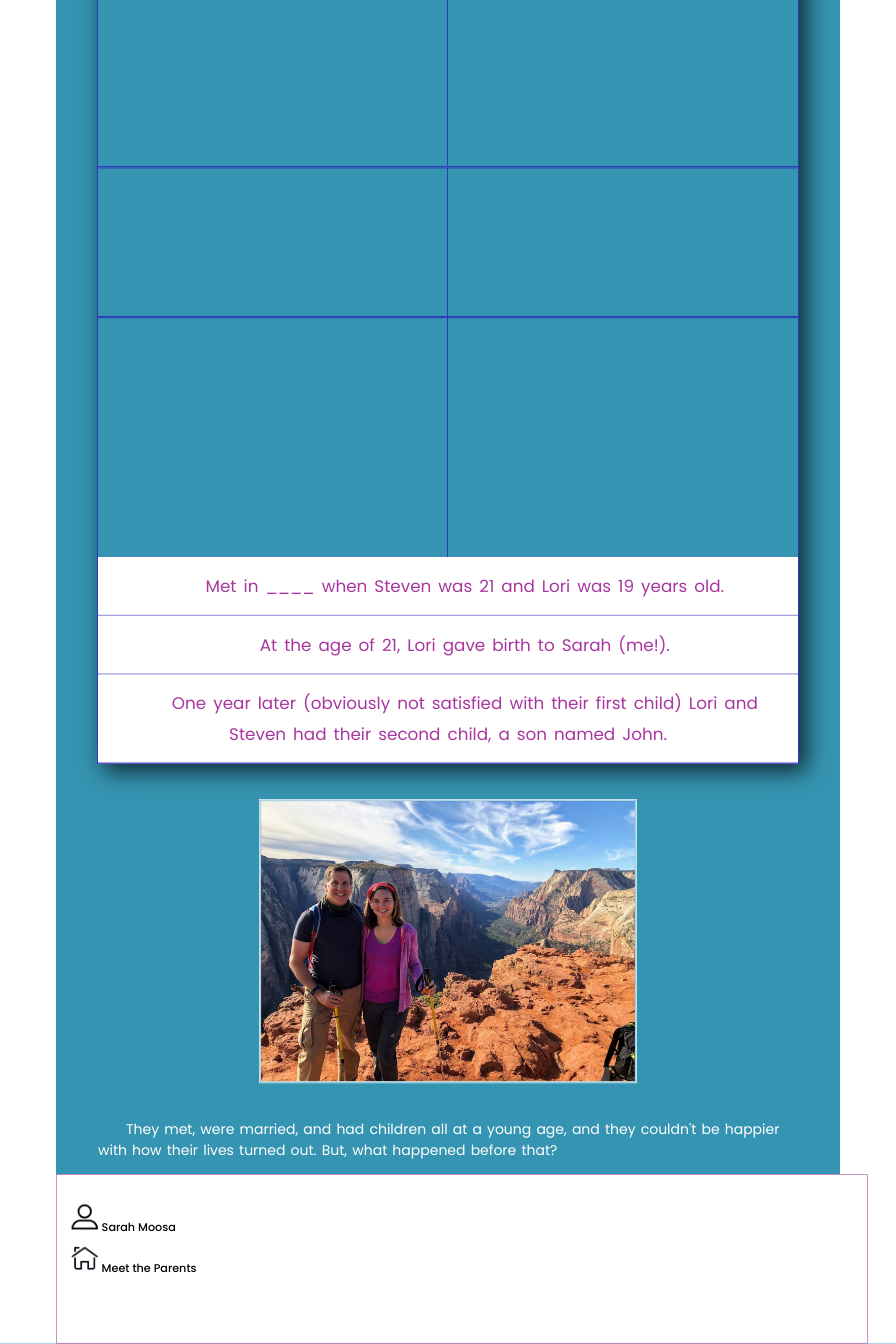
Repository: Sbethm/parents-tribute
Page: timeline.html
The author's editor kept a copy of each file at every save. The page is drawn from the files as they stood at one save, then again after the next save.
The browser window is 1280 px wide. The pictures show the part of the page from y = 1628 to 3548 px (the page is 3548 px tall before and 3452 px after), at 70% of full size.

Above is the page before, as saved 2021-02-24 13:17:17.

### timeline.html
<!DOCTYPE html>
<html>
    <head>
      <meta charset="UTF-8">
      <title>Before They Met</title>
      <meta name="description" content="A choose your own story adventure game">
      <meta name="viewport" content="width=device-width, initial-scale=1.0">
      <link rel="preconnect" href="https://fonts.gstatic.com">
      <link href="https://fonts.googleapis.com/css2?family=Poppins:ital,wght@0,400;0,500;0,600;0,700;0,800;0,900;1,400;1,500;1,600;1,700;1,800;1,900&family=Sora:wght@400;500;600;700;800&display=swap" rel="stylesheet"> <!--
        This is used for headings:
        font-family: 'Sora', sans-serif;
        This is used for content:
        font-family: 'Poppins', sans-serif;-->
      <link href="style.css" type="text/css" rel="stylesheet">
    </head>

    <body>
      <header>
        <h1>Meet the Parents</h1>
        <nav class="navigation">
          <a href="timeline.html">Before They Met</a>
          <a class= "a--border" href="index.html">Meet the Parents</a>
          <a href="lesson.html">The Lesson</a>
          </nav>
      </header>
      <main>
        <h2>Before They Met</h2>
        <p class="p--first">My parents were married at a young age. So, many of the stories they share are about their lives together.</p>
        <p class="p--last">They met, were married, and had children all at a young age, and they couldn't be happier with how their lives turned out. But, what happened before that?</p>
        <div class="grid--timeline">
            <div class="grid__box--timeline dad">Steven</div>
            <div class="grid__box--timeline mom">Lori</div>
            <!---------Dad's Grid Boxes---------->
            <div class="grid__box--timeline f-1">Born in 1969. The same year that man  first stepped on the moon.</div>
            <div class="grid__box--timeline f-2">Steven attended a small Catholic school.</div>
            <div class="grid__box--timeline f-3">During recess in the 4th grade, he gashed his elbow while playing a rough-and-tumble game of football. This resulted in four stitches (for a nine year old that’s a lot of stitches!)</div>
            <div class="grid__box--timeline f-4">When he was thirteen, he camped in the backyard and stayed up all night.</div>
            <div class="grid__box--timeline f-5">He ran his first high school track meet, the 100 yard dash, and won third place. For the first track meet, that's not too shabby!</div>
            <div class="grid__box--timeline f-6">He was in a car accident, "not his fault", which lead to more stitches but this time in his forehead. Because of this, he had to sit out his senior year homecoming football game.</div>
            <div class="grid__box--timeline f-7">Having the lead role as Jesus during my high school senior year. It was the first annual Easter Passion play the school performed.</div>
            <div class="grid__box--timeline f-8">I remember a dream I had where I met a beautiful girl, at a homecoming dance, who I eventually married and we had two terrific kids who eventually married and gave me two more kids to enjoy time with.</div>
            <!---------Dad's Grid Box Covers----->
            <div class="cover__left f-1__cover">1969</div>
            <div class="cover__left  f-2__cover">School</div>
            <div class="cover__left  f-3__cover"></div>
            <div class="cover__left  f-4__cover"></div>
            <div class="cover__left  f-5__cover"></div>
            <div class="cover__left  f-6__cover"></div>
            <div class="cover__left  f-7__cover"></div>
            <div class="cover__left  f-8__cover"></div>
            <!---------Mom's Grid Boxes---------->
            <div class="grid__box--timeline m-1">Born in 1970. What happened this year? Oh, yeah! Mom was born!</div>
            <div class="grid__box--timeline m-2">Lori attended a slightly larger public school.</div>
            <div class="grid__box--timeline m-3">She cut off one of her pigtails in the bathroom. Perhaps to see if she had the makings of a hairstylist? Let's just say, this career path ended here.</div>
            <div class="grid__box--timeline m-4">She had skied half of a bunny slope when she realized this daredevil sport wasn't for her.</div>
            <div class="grid__box--timeline m-5">She performed the lead role in a junior high school play.</div>
            <div class="grid__box--timeline m-6">After a white knuckled horse ride in the Appalachians, she discovered that she was not meant to lead a life of adventure</div>
            <div class="grid__box--timeline m-7">made camps with her cousins in the Ritchie woods.</div>
            <div class="grid__box--timeline m-8">made camps with her cousins in the Ritchie woods.</div>
            <!---------Mom's Grid Box Covers----->
            <div class="cover__right m-1__cover"></div>
            <div class="cover__right m-2__cover"></div>
            <div class="cover__right m-3__cover"></div>
            <div class="cover__right m-4__cover"></div>
            <div class="cover__right m-5__cover"></div>
            <div class="cover__right m-6__cover"></div>
            <div class="cover__right m-7__cover"></div>
            <div class="cover__right m-8__cover"></div>
            <!--------After They Met Boxes------->
            <div class="grid__box--timeline fm-1">Met in ____ when Steven was 21 and Lori was 19 years old.</div>
            <div class="grid__box--timeline fm-2">At the age of 21, Lori gave birth to Sarah (me!).</div>
            <div class="grid__box--timeline fm-3">One year later (obviously not satisfied with their first child) Lori and Steven had their second child, a son named John.</div>
        </div>
        <section>
          <img class="img-hiking"src="img/hiking.jpg" alt="Mom and dad enjoying a hike.">
          <p class="p--last">They met, were married, and had children all at a young age, and they couldn't be happier with how their lives turned out. But, what happened before that?</p>
        </section>
      </main>
      <footer>
        <img class="icon" src="img/profile_icon.png" alt="profile icon">
        Sarah Moosa
        <br><br>
        <img class="icon" src="img/home_icon.png" alt="home icon">
        Meet the Parents
      </footer>
    </body>

</html>

### style.css
/*
html5doctor.com Reset Stylesheet
v1.6.1
Last Updated: 2010-09-17
Author: Richard Clark - http://richclarkdesign.com
Twitter: @rich_clark
*/

html, body, div, span, object, iframe,
h1, h2, h3, h4, h5, h6, p, blockquote, pre,
abbr, address, cite, code,
del, dfn, em, img, ins, kbd, q, samp,
small, strong, sub, sup, var,
b, i,
dl, dt, dd, ol, ul, li,
fieldset, form, label, legend,
table, caption, tbody, tfoot, thead, tr, th, td,
article, aside, canvas, details, figcaption, figure,
footer, header, hgroup, menu, nav, section, summary,
time, mark, audio, video {
    margin:0;
    padding:0;
    border:0;
    outline:0;
    font-size:100%;
    vertical-align:baseline;
    background:transparent;
}

body {
    line-height:1;
}

article,aside,details,figcaption,figure,
footer,header,hgroup,menu,nav,section {
    display:block;
}

nav ul {
    list-style:none;
}

blockquote, q {
    quotes:none;
}

blockquote:before, blockquote:after,
q:before, q:after {
    content:'';
    content:none;
}

a {
    margin:0;
    padding:0;
    font-size:100%;
    vertical-align:baseline;
    background:transparent;
}

/* change colours to suit your needs */
ins {
    background-color:#ff9;
    color:#000;
    text-decoration:none;
}

/* change colours to suit your needs */
mark {
    background-color:#ff9;
    color:#000;
    font-style:italic;
    font-weight:bold;
}

del {
    text-decoration: line-through;
}

abbr[title], dfn[title] {
    border-bottom:1px dotted;
    cursor:help;
}

table {
    border-collapse:collapse;
    border-spacing:0;
}

/* change border colour to suit your needs */
hr {
    display:block;
    height:1px;
    border:0;
    border-top:1px solid #cccccc;
    margin:1em 0;
    padding:0;
}

input, select {
    vertical-align:middle;
}

/* MY CODE BELOW */

body {
    width: 100vw;
    position: absolute;
}

main {
    width: calc(100vw - 40px);
    height: 100%;
    margin: 20px 20px;
    background-color: rgb(53, 148, 177);
}

header {
    width: 100vw;
    padding-top: 40px;
    background-color: rgb(255, 255, 255);
    display: flex;
    flex-direction: column;
    justify-content: center;
}

h1 {
    width: 100%;
    font-family: 'Sora', sans-serif;
    color: rgb(53, 148, 177);
    font-size: 3em;
    font-weight: 700;
    text-align: center;
    padding-bottom: 30px;
}

.navigation {
    max-width: 100vw;
    background-color: rgb(126, 66, 121);
    text-align: center;
    display: grid;
    grid-template-columns: repeat(3, 1fr);
    grid-template-areas:
      " time meet lesson";
}

.time {
    grid-area: time;
}

.meet {
    grid-area: meet;
}

.lesson {
    grid-area: lesson;
}

a {
    padding: 20px 7px;
    background-color: rgb(168, 54, 159);
    font-family: 'Poppins', sans-serif;
    font-size: 1em;
    font-weight: 400;
    color: rgb(255, 255, 255);
    text-decoration: none;
}

.a--border {
    border-left: solid 2px rgb(182, 97, 173);
    border-right: solid 2px rgb(182, 97, 173);
}

a:hover {
    background-color: rgb(97, 49, 92);
}

section {
    width: 100%;
}

h2 {
    max-width: 100%;
    padding: 20px 20px 10px 20px;
    font-family: 'Sora', sans-serif;
    font-size: 1.5em;
    font-weight: 600;
    text-align: center;
    color: rgb(255, 255, 255);
}


.img-sitting,
.img-hiking,
.disney-adventure__img {
    max-width: 100%;
    height: auto;
    justify-content: center;
    align-content: center;
}

.p--first,
.p--inner,
.p--last {
    font-family: 'Poppins', sans-serif;
    font-size: 1em;
    text-indent: 2em;
    line-height: 1.5em;
    word-spacing: 0.1em;
    color: rgb(255, 255, 255);
}

.p--first {
    padding: 10px 20px 0px 20px;
}

.p--inner {
    padding: 0px 20px 0px 20px;
}

.p--last {
    padding: 0px 20px 10px 20px;
}

footer {
    width: calc(100vw - 42px);
    height: 100px;
    padding: 40px 20px 0 20px;
    position: relative;
    bottom: 0;
    font-family: 'Poppins', sans-serif;
    font-size: 1em;
    font-weight: 500;
    border: solid 1px rgb(182, 97, 173);
}

.icon {
    width: 20px;
    height: auto;
}
/*MEET THE PARENTS CODE PHONE*/

.img-sitting {
    margin: 10px 0;
}

/*TIMELINE CODE PHONE*/

.grid--timeline {
    display: grid;
    margin: 10px 0;
    border: solid 1px rgb(40, 23, 187);
    grid-template-columns: 1fr 1fr;
    grid-template-rows: repeat(13, fit-content);
    grid-template-areas:
        "tl tl"
        "dad mom"
        "f-1 m-1"
        "f-2 m-2"
        "f-3 m-3"
        "f-4 m-4"
        "f-5 m-5"
        "f-6 m-6"
        "f-7 m-7"
        "f-8 m-8"
        "fm-1 fm-1"
        "fm-2 fm-2"
        "fm-3 fm-3";
}

.grid__box--timeline {
    background-color: rgb(255, 255, 255);
    padding: 10px 7px;
    color: rgb(168, 54, 159);
    text-align: center;
    font-family: 'Poppins', sans-serif;
    font-weight: 500;
    font-size: 1em;
}

.dad {
    grid-area: dad;
    border-top: solid 1px rgb(40, 23, 187);
    border-bottom: solid 1px rgb(40, 23, 187);
    border-right: solid 1px rgb(40, 23, 187);
}

.mom {
    grid-area: mom;
    border-top: solid 1px rgb(40, 23, 187);
    border-bottom: solid 1px rgb(40, 23, 187);
}

.f-1 {
    grid-area: f-1;
    border-bottom: solid 1px rgb(40, 23, 187);
    border-right: solid 1px rgb(40, 23, 187);
}

.f-2 {
    grid-area: f-2;
    border-bottom: solid 1px rgb(40, 23, 187);
    border-right: solid 1px rgb(40, 23, 187);
}

.f-3 {
    grid-area: f-3;
    border-bottom: solid 1px rgb(40, 23, 187);
    border-right: solid 1px rgb(40, 23, 187);
}

.f-4 {
    grid-area: f-4;
    border-bottom: solid 1px rgb(40, 23, 187);
    border-right: solid 1px rgb(40, 23, 187);
}

.f-5 {
    grid-area: f-5;
    border-bottom: solid 1px rgb(40, 23, 187);
    border-right: solid 1px rgb(40, 23, 187);
}

.f-6 {
    grid-area: f-6;
    border-bottom: solid 1px rgb(40, 23, 187);
    border-right: solid 1px rgb(40, 23, 187);
}

.f-7 {
    grid-area: f-7;
    border-bottom: solid 1px rgb(40, 23, 187);
    border-right: solid 1px rgb(40, 23, 187);
}

.f-8 {
    grid-area: f-8;
    border-bottom: solid 1px rgb(40, 23, 187);
    border-right: solid 1px rgb(40, 23, 187);
}

.cover {
    display: none;
}

.cover:hover {
    color: rgb(245, 245, 245, 0);
    background-color: rgb(65, 175, 209, 0);
    animation-name: fade;
    animation-duration: 1s;
}

.m-1 {
    grid-area: m-1;
    border-bottom: solid 1px rgb(40, 23, 187);
}

.m-2 {
    grid-area: m-2;
    border-bottom: solid 1px rgb(40, 23, 187);
}

.m-3 {
    grid-area: m-3;
    border-bottom: solid 1px rgb(40, 23, 187);
}

.m-4 {
    grid-area: m-4;
    border-bottom: solid 1px rgb(40, 23, 187);
}

.m-5 {
    grid-area: m-5;
    border-bottom: solid 1px rgb(40, 23, 187);
}

.m-6 {
    grid-area: m-6;
    border-bottom: solid 1px rgb(40, 23, 187);
}

.m-7 {
    grid-area: m-7;
    border-bottom: solid 1px rgb(40, 23, 187);
}

.m-8 {
    grid-area: m-8;
    border-bottom: solid 1px rgb(40, 23, 187);
}

.fm-1 {
    grid-area: fm-1;
    border-bottom: solid 1px rgb(40, 23, 187);
}

.fm-2 {
    grid-area: fm-2;
    border-bottom: solid 1px rgb(40, 23, 187);
}

.fm-3 {
    grid-area: fm-3;
    border-bottom: solid 1px rgb(40, 23, 187);
}

.img-hiking {
    margin-bottom: 10px;
}

/*LESSON LEARNED CODE PHONE*/

.disney-adventure__img {
    margin: 20px 0;
}


/*iPAD*/ @media screen and (min-width: 700px) and (max-width: 899px) {

    header {
        padding-top: 60px;
    }

    h1 {
        font-size: 3.5em;
        padding-bottom: 50px;
    }

    main {
        padding: 20px 0;
        margin: 0 20px;
        width: calc(100vw - 40px);
        background-color: rgb(53, 148, 177);
        border-top: none;
    }

    a {
        padding: 20px 40px;
        font-size: 1.5em;
    }

    .a--border {
        padding: 20px 60px;
    }

    h2 {
        font-size: 2.5em;

    }

    .p--first,
    .p--inner,
    .p--last {
        font-size: 1.5em;
        text-indent: 2em;
        line-height: 1.6em;
        word-spacing: 0.15em;
    }

    .p--first {
        padding: 20px 40px 0px 40px;
    }

    .p--inner {
        padding: 0px 40px 0px 40px;
    }

    .p--last {
        padding: 0px 40px 20px 40px;
    }

    section {
        background-color: rgb(40, 23, 187, 0);
        border: none;
    }

    .grid--section {
        max-width: calc(100vw - 40px);
        display: grid;
        grid-template-columns: 50% 50%;
        grid-template-rows: 100px 200px 200px;
        grid-template-areas:
            "title title"
            "picture p1"
            "picture p2";
    }

    section h2 {
        grid-area: title;
        align-self: center;
        justify-self: center;
    }

    .img-sitting {
        max-height: 360px;
        margin-bottom: 20px;
        border: solid 1px rgb(40, 23, 187);
        border-left: none;
        grid-area: picture;
        justify-self: center;
        align-self: center;
    }

    .p1 {
        align-self: flex-start;
        grid-area: p1;
        padding-left: 40px;
        padding-right: 20px;
    }

    .p2 {
        align-self: flex-end;
        grid-area: p2;
        padding: 0 20px 30px 40px;
    }

    footer {
        width: calc(100vw - 42px);
        height: 200px;
        font-size: 1em;
        font-weight: 500;
    }

    .icon {
        width: 40px;
        height: auto;
    }

/*TIMELINE CODE iPAD*/

    .grid__box--timeline{
        padding: 20px;
        font-size: 1.5em;
        line-height: 35px;
    }

    .title {
        font-size: 2.5em;
        color: rgb(255, 255, 255);
        background-color: rgb(53, 148, 177);
    }

    .dad,
    .mom {
        font-size: 2em;
    }

    .img-hiking {
        border: solid 1px rgb(40, 23, 187);
    }



/*LESSON LEARNED CODE iPAD*/

}

/*COMPUTER*/@media screen and (min-width: 900px) and (max-width: 2000px) {

    header {
        padding-top: 80px;
    }

    h1 {
        font-size: 4em;
        padding-bottom: 70px;
    }

    main {
        max-width: calc(100vw - 160px);
        padding-top: 20px;
        margin: 0 80px;
        border-top: none;
    }

    nav {
        width: calc(100vw - 160px);
        margin: 0 80px;
        background-color: rgb(126, 66, 121);
        text-align: center;
        display: grid;
        grid-template-columns: repeat(3, 3px);
        grid-template-areas:
          " time meet lesson";
    }

    a {
        font-size: 1.25em;
    }

    h2 {
        font-size: 2em;
        padding: 20px;
    }

    .p--first,
    .p--inner,
    .p--last {
        font-size: 1.25em;
        text-indent: 2em;
        line-height: 1.5em;
        word-spacing: 0.1em;
    }

    .p--first {
        padding: 20px 60px 0px 60px;
    }

    .p--inner {
        padding: 0px 60px 0px 60px;
    }

    .p--last {
        padding: 0px 60px 20px 60px;
    }

    .grid--section {
        display: grid;
        padding-bottom: 40px;
        grid-template-columns: auto;
        grid-template-rows: 150px 420px 150px 150px;
        grid-template-areas:
            "title"
            "picture"
            "p1"
            "p2";
    }

    section h2 {
        align-self: center;
        justify-self: center;
    }

    .img-sitting {
        max-height: 400px;
        margin-bottom: 0px;
        border: double 3px rgb(255, 255, 255);
        justify-self: center;
        align-self: center;
    }

    .p1 {
        align-self: center;
        grid-area: p1;
        padding: 20px 40px;
    }

    .p2 {
        align-self: center;
        grid-area: p2;
        padding: 20px 40px;
    }

    footer {
        max-width: calc(100vw - 162px);
        margin: 0 80px;
    }

/*TIMELINE CODE COMPUTER*/

    .img-hiking {
    max-height: 400px;
    width: auto;
    border: double 3px rgb(255, 255, 255);
    display: block;
    margin: 50px auto ;
    }

    .grid__box--timeline{
        z-index: 1;
        padding: 20px;
        font-size: 1.5em;
        text-indent: 2em;
        line-height: 1.8em;
        word-spacing: 0.15em;
    }

    .grid--timeline {
        display: grid;
        margin: 0 auto;
        width: 1000px;
        box-shadow: 10px 10px 31px 0px rgba(0,0,0,0.75);
        -webkit-box-shadow: 10px 10px 31px 0px rgba(0,0,0,0.75);
        -moz-box-shadow: 10px 10px 31px 0px rgba(0,0,0,0.75);
        grid-template-columns: 1fr 1fr;
        grid-template-rows: repeat(13, fit-content);
        grid-template-areas:
            "tl tl"
            "dad mom"
            "f-1 m-1"
            "f-2 m-2"
            "f-3 m-3"
            "f-4 m-4"
            "f-5 m-5"
            "f-6 m-6"
            "f-7 m-7"
            "f-8 m-8"
            "fm-1 fm-1"
            "fm-2 fm-2"
            "fm-3 fm-3";
    }

    .grid__box--timeline {
    font-weight: 400;
    }

    .dad,
    .mom {
        font-size: 2em;
        font-weight: 500;
    }


.cover__left {
    z-index: 2;
    color:rgb(245, 245, 245);
    font-family: 'Poppins', sans-serif;
    text-align: center;
    font-size: 2em;
    background-color: rgb(53, 148, 177);
    border-top: double 3px rgb(40, 23, 187);
    border-right: solid 1px rgb(40, 23, 187);
    display: flex;
    justify-content: center;
    align-items: center;
}

.cover__right {
    z-index: 2;
    color:rgb(245, 245, 245);
    font-family: 'Poppins', sans-serif;
    text-align: center;
    font-size: 2em;
    background-color: rgb(53, 148, 177);
    border-top: double 3px rgb(40, 23, 187);

    display: flex;
    justify-content: center;
    align-items: center;

}

.cover__left:hover,
.cover__right:hover {
    animation-name: fade;
    animation-duration: 1s;
    animation-fill-mode: forwards;
}

@keyframes fade {
    0% {
        background-color: rgb(53, 148, 177);
    }
    100% {
        background-color: rgb(65, 175, 209, 0);
    }
}

.f-1__cover {
    grid-area: f-1;
}

.f-2__cover {
    grid-area: f-2;
}

.f-3__cover {
    grid-area: f-3;
}

.f-4__cover {
    grid-area: f-4;
}

.f-5__cover {
    grid-area: f-5;
}

.f-6__cover {
    grid-area: f-6;
}

.f-7__cover {
    grid-area: f-7;
}

.f-8__cover {
    grid-area: f-8;
}

.m-1__cover {
    grid-area: m-1;
}

.m-2__cover {
    grid-area: m-2;
}

.m-3__cover {
    grid-area: m-3;
}

.m-4__cover {
    grid-area: m-4;
}

.m-5__cover {
    grid-area: m-5;
}

.m-6__cover {
    grid-area: m-6;
}

.m-7__cover {
    grid-area: m-7;
}

.m-8__cover {
    grid-area: m-8;
}

.m-1 {
    border-left: solid 1px rgb(40, 23, 187);
}

.m-2 {
    border-left: solid 1px rgb(40, 23, 187);
}

.m-3 {
    border-left: solid 1px rgb(40, 23, 187);
}

.m-4 {
    border-left: solid 1px rgb(40, 23, 187);
}

.m-5 {
    border-left: solid 1px rgb(40, 23, 187);
}

.m-6 {
    border-left: solid 1px rgb(40, 23, 187);
}

.m-7 {
    border-left: solid 1px rgb(40, 23, 187);
}

.m-8 {
    border-left: solid 1px rgb(40, 23, 187);
}

    footer {
        width: calc(100vw - 42px);
        height: 200px;
        padding: 40px 20px 0 20px;
        position: relative;
        bottom: 0;
        font-family: 'Poppins', sans-serif;
        font-size: 1em;
        font-weight: 500;

    }

    .icon {
        width: 40px;
        height: auto;
    }
/*LESSON LEARNED CODE iPAD*/

}

After the next save:
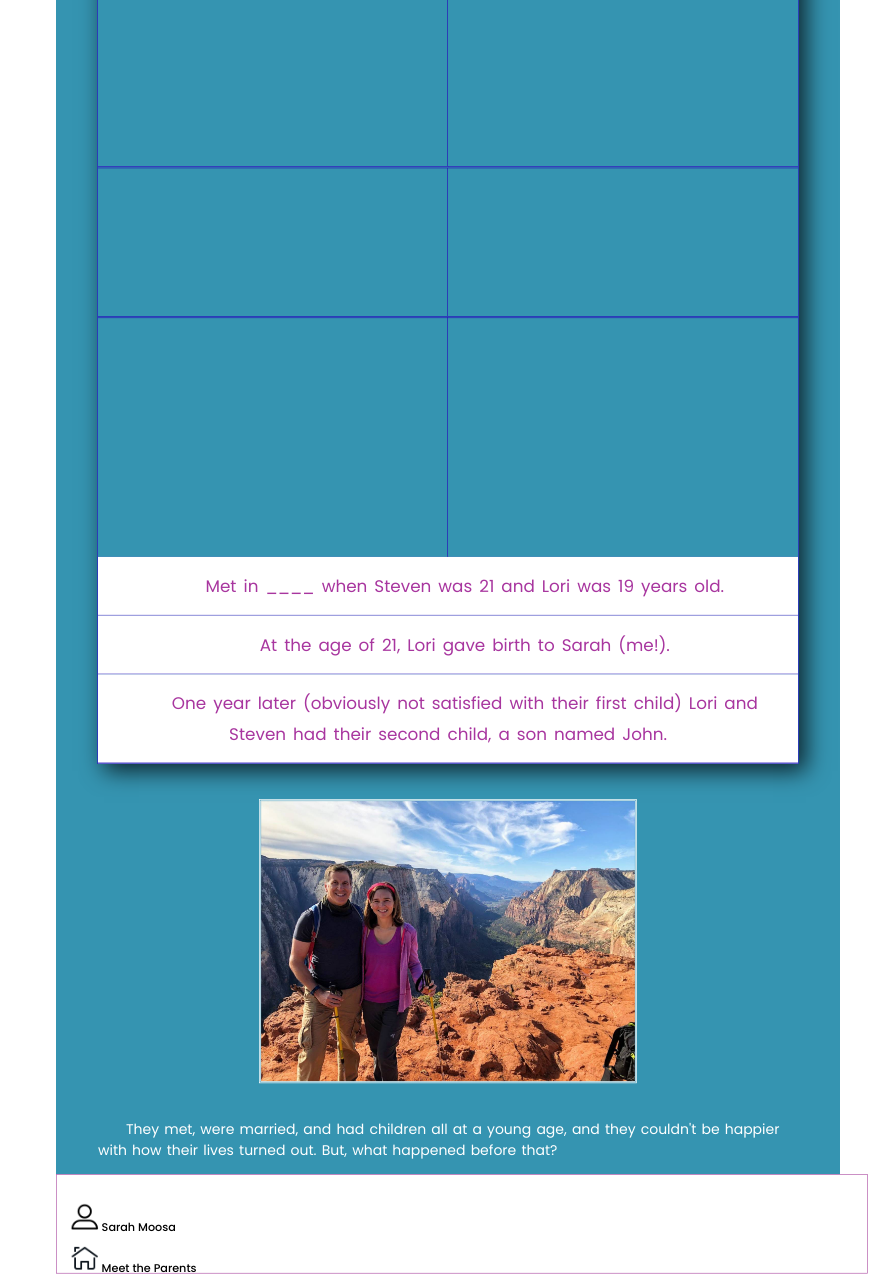
Saved 6 s later.
--- a/style.css
+++ b/style.css
@@ -854,12 +854,7 @@ footer {
 }
 
     footer {
-        width: calc(100vw - 42px);
-        height: 200px;
-        padding: 40px 20px 0 20px;
-        position: relative;
-        bottom: 0;
-        font-family: 'Poppins', sans-serif;
+
         font-size: 1em;
         font-weight: 500;
 
